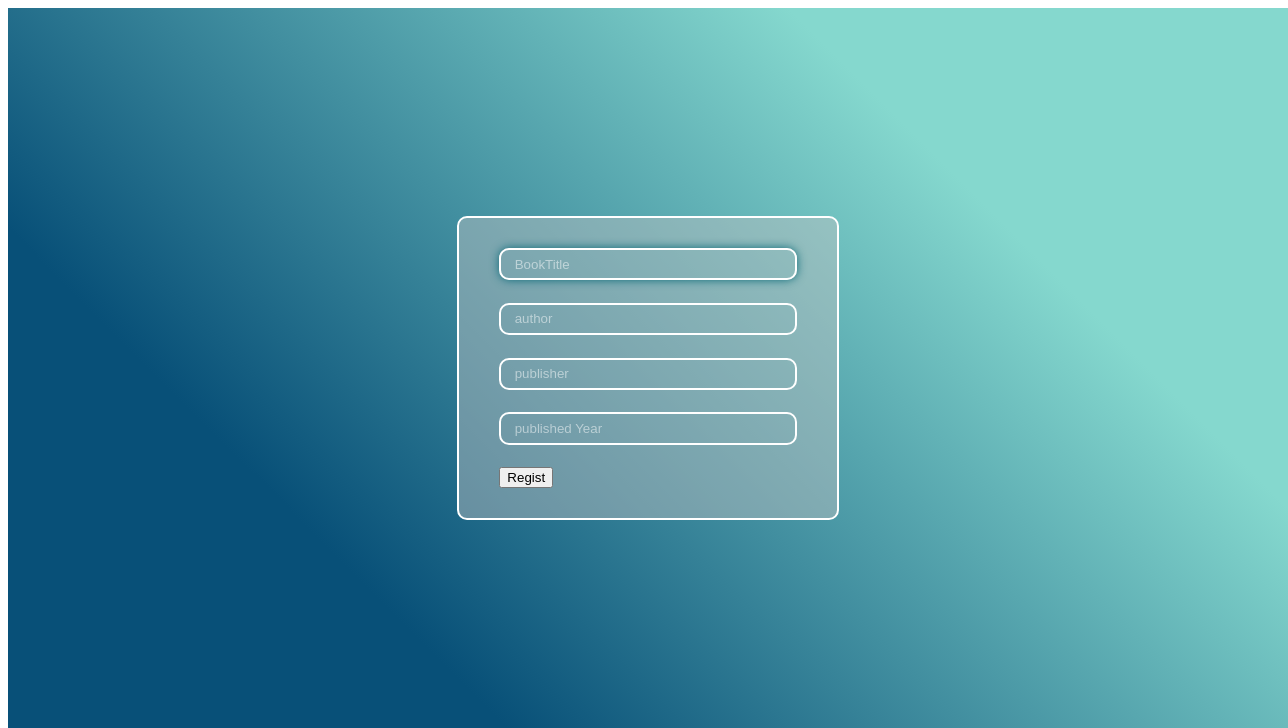
Repository: ysknsid25/mer
Page: http://localhost/library/view/regist.jsp
An editor plug-in stored every save of this project. The page is shown before and after the next save, followed by the edit.
The browser window is 1280 px wide. The page is 1288 px wide, so the pictures cover 1288 px, including what lies to the right of the window. The pictures show the whole page.
The page is served by Tomcat 9.

Above is the page before, as saved 2018-11-24 05:14:00.
Console error: ReferenceError: $ is not defined

After the next save:
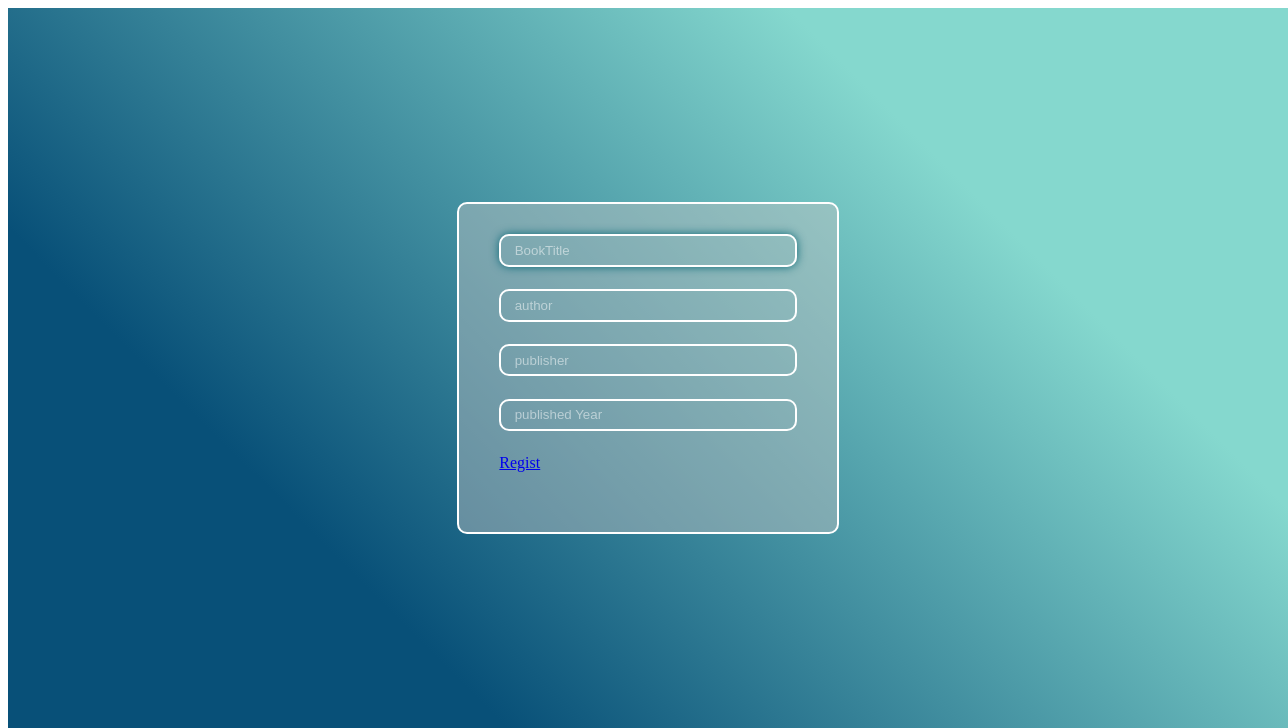
Saved 3 min 11 s later.
--- a/mer/library/WebContent/view/regist.jsp
+++ b/mer/library/WebContent/view/regist.jsp
@@ -55,7 +55,12 @@
 					</div>
 					<div></div>
 
-					<input type="submit" name="submit" value="Regist" />
+					<a href="<%=StringUtil.BACKTOP + StringUtil.CONTROLLER%>" type="submit">Regist</a>
+					<div class="btn">
+				<form method="post" action="<%=StringUtil.BACKTOP + StringUtil.CONTROLLER %>">
+					<a href="<%=StringUtil.BACKTOP + StringUtil.CONTROLLER%>" type="submit">To menu</a>
+					</form>
+				</div>
 
 
 
